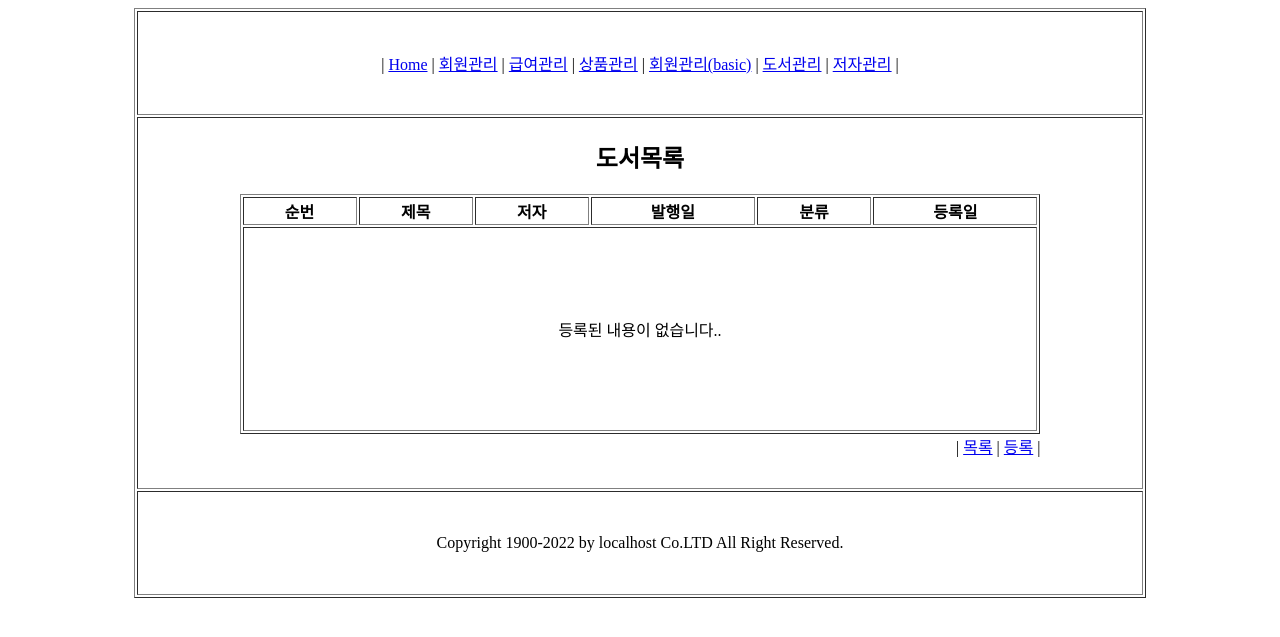
Repository: Mildous/HKIT-BackendClass
Page: http://localhost/jspTest/Book/list.jsp
These files come from the project's save history. The page is drawn as it stood at one moment and after the next save; the edit follows.
The browser window is 1280 px wide. The pictures show the whole page.
The page is served by Tomcat 9. Other server files are loaded and not shown. Queries for data that is not in the repository find no rows.

Above is the page before, as saved 2022-08-16 01:05:27.

### workspace/jsp/jspTest/WebContent/Book/list.jsp
<%@ page language="java" contentType="text/html; charset=UTF-8"
    pageEncoding="UTF-8"%>
<!DOCTYPE html>
<html>
<head>
<meta charset="UTF-8">
<title>도서관리</title>
</head>
<body>

<table border="1" width="80%" align="center">
	<tr>
		<td height="100px;" align="center">
			<jsp:include page="../include/inc_menu.jsp" flush="true" />
		</td>
	</tr>
	<tr>
		<td height="300px;" align="center" style="padding-bottom: 30px;">
			<jsp:include page="list_sub.jsp" flush="true" />
		</td>
	</tr>
	<tr>
		<td height="100px;" align="center">
			<jsp:include page="../include/inc_bottom.jsp" flush="true" />
		</td>
	</tr>
</table>

</body>
</html>

### workspace/jsp/jspTest/WebContent/include/inc_menu.jsp
<%@ page language="java" contentType="text/html; charset=UTF-8"
    pageEncoding="UTF-8"%>
<!DOCTYPE html>
<html>
<head>
<meta charset="UTF-8">
<title>Insert title here</title>
</head>
<body>
	|
	<a href="/jspTest">Home</a>
	|
	<a href="../member/list.jsp">회원관리</a>
	|
	<a href="#">급여관리</a>
	|
	<a href="../product/list.jsp">상품관리</a>
	|
	<a href="../memberBasic/list.jsp">회원관리(basic)</a>
	|
	<a href="../Book/list.jsp">도서관리</a>
	|
	<a href="../Book/list.jsp">저자관리</a>
	|
</body>
</html>

### workspace/jsp/jspTest/WebContent/Book/list_sub.jsp
<%@page import="java.sql.Date"%>
<%@page import="java.util.ArrayList"%>
<%@page import="book.model.dto.BookDTO"%>
<%@page import="book.model.dao.BookDAO"%>
<%@ page language="java" contentType="text/html; charset=UTF-8"
    pageEncoding="UTF-8"%>

<%
	BookDAO dao = new BookDAO();
	ArrayList<BookDTO> list = dao.getSelectAll();

%>

<h2>도서목록</h2>

<table border="1" width="80%">
	<tr>
		<th>순번</th>
		<th>제목</th>
		<th>저자</th>
		<th>발행일</th>
		<th>분류</th>
		<th>등록일</th>
	</tr>
<%	if(list.size() == 0) { %>
	<tr>
		<td colspan="6" height="200px" align="center">등록된 내용이 없습니다..</td>
	</tr>
<%	}

	int num = list.size();
	for(int i=0; i<list.size(); i++) {
		BookDTO dto = list.get(i);
%>
	<tr>
		<td><%= num %></td>
		<td><a href="#" onClick="move('view.jsp', '<%= dto.getNo() %>');"><%= dto.getSubject() %></a></td>
		<td><%= dto.getAuthor() %></td>
		<td><%= dto.getCreated() %></td>
		<td><%= dto.getProfile() %></td>
		<td><%= dto.getRegiDate() %></td>
	</tr>
<%
		num--;
	}
%>
</table>

<div style="border: 0px solid blue; width: 80%; margin: 10px, 0px;" align="right">
|
<a href="#" onClick="move('list.jsp', '');">목록</a>
|
<a href="#" onClick="move('insert.jsp', '');">등록</a>
|
</div>

<script>
function move(value1, value2) {
	location.href = value1 + '?no=' + value2;
}

</script>

### workspace/jsp/jspTest/WebContent/include/inc_bottom.jsp
<%@ page language="java" contentType="text/html; charset=UTF-8"
    pageEncoding="UTF-8"%>
<!DOCTYPE html>
<html>
<head>
<meta charset="UTF-8">
<title>Insert title here</title>
</head>
<body>
	Copyright 1900-2022 by localhost Co.LTD All Right Reserved.
</body>
</html>

### workspace/jsp/jspTest/src/book/model/dao/BookDAO.java
package book.model.dao;

import java.sql.Connection;
import java.sql.PreparedStatement;
import java.sql.ResultSet;
import java.util.ArrayList;

import book.model.dto.BookDTO;
import config.DB;

public class BookDAO {
	Connection conn = null;
	PreparedStatement pstmt = null;
	ResultSet rs = null;

	public ArrayList<BookDTO> getSelectAll() {
		ArrayList<BookDTO> list = new ArrayList<>();
		conn = DB.dbConn();
		try {
			String sql = "select * from book order by no desc";
			pstmt = conn.prepareStatement(sql);
			rs = pstmt.executeQuery();
			while(rs.next()) {
				BookDTO dto = new BookDTO();
				dto.setNo(rs.getInt("no"));
				dto.setSubject(rs.getString("subject"));
				dto.setAuthor(rs.getString("author"));
				dto.setCreated(rs.getDate("created"));
				dto.setProfile(rs.getString("profile"));
				dto.setRegiDate(rs.getDate("regiDate"));
				list.add(dto);
			}
		} catch(Exception e) {
			//e.printStackTrace();
		} finally {
			DB.dbConnClose(rs, pstmt, conn);
		}
		return list;
	}

	public BookDTO getSelectOne(BookDTO paramDto) {
		BookDTO dto = new BookDTO();
		Connection conn = DB.dbConn();
		try {
			String sql = "select * from book where no = ?";
			pstmt = conn.prepareStatement(sql);
			pstmt.setInt(1, paramDto.getNo());
			rs = pstmt.executeQuery();
			if(rs.next()) {
				dto.setNo(rs.getInt("no"));
				dto.setSubject(rs.getString("subject"));
				dto.setAuthor(rs.getString("author"));
				dto.setCreated(rs.getDate("created"));
				dto.setProfile(rs.getString("profile"));
				dto.setRegiDate(rs.getDate("regiDate"));
			}
		} catch(Exception e) {
			//e.printStackTrace();
		} finally {
			DB.dbConnClose(rs, pstmt, conn);
		}
		return dto;
	}

	public int setInsert(BookDTO paramDto) {
		int result = 0;
		conn = DB.dbConn();
		try {
			String sql = "insert into book values (seq_book.nextval, ?, ?, ?, ?, sysdate)";
			pstmt = conn.prepareStatement(sql);
			pstmt.setString(1, paramDto.getSubject());
			pstmt.setString(2, paramDto.getAuthor());
			pstmt.setDate(3, paramDto.getCreated());
			pstmt.setString(4, paramDto.getProfile());

			result = pstmt.executeUpdate();
		} catch(Exception e) {
			//e.printStackTrace();
		} finally {
			DB.dbConnClose(rs, pstmt, conn);
		}
		return result;
	}

	public int setUpdate(BookDTO paramDto) {
		int result = 0;
		conn = DB.dbConn();
		try {
			String sql = "update book set subject = ?, author = ?, created = ?, profile = ? where no = ?";
			pstmt = conn.prepareStatement(sql);
			pstmt.setString(1, paramDto.getSubject());
			pstmt.setString(2, paramDto.getAuthor());
			pstmt.setDate(3, paramDto.getCreated());
			pstmt.setString(4, paramDto.getProfile());
			pstmt.setInt(5, paramDto.getNo());

			result = pstmt.executeUpdate();
		} catch(Exception e) {
			//e.printStackTrace();
		} finally {
			DB.dbConnClose(rs, pstmt, conn);
		}
		return result;
	}

	public int setDelete(BookDTO paramDto) {
		int result = 0;
		Connection conn = DB.dbConn();
		try {
			String sql = "delete from book where no = ?";
			pstmt = conn.prepareStatement(sql);
			pstmt.setInt(1, paramDto.getNo());

			result = pstmt.executeUpdate();
		} catch(Exception e) {
			//e.printStackTrace();
		} finally {
			DB.dbConnClose(rs, pstmt, conn);
		}
		return result;
	}
}

### workspace/jsp/jspTest/src/config/DB.java
package config;

import java.sql.Connection;
import java.sql.DriverManager;
import java.sql.PreparedStatement;
import java.sql.ResultSet;

public class DB {
	public static Connection dbConn() {
		String dbDriver = "oracle.jdbc.driver.OracleDriver";
		String dbUrl = "jdbc:oracle:thin:@localhost:1521/xe";
		String dbId = "jspTest";
		String dbPasswd = "1234";

		Connection conn = null;

		try {
			Class.forName(dbDriver);
		} catch(Exception e) {
			//e.printStackTrace();
			System.out.println("-- 오라클 드라이버 오류 --");
		}

		try {
			conn = DriverManager.getConnection(dbUrl, dbId, dbPasswd);
		} catch(Exception e) {
			//e.printStackTrace();
			System.out.println("-- 오라클 접속 오류 --");
		}
		return conn;
	}

	public static void dbConnClose(ResultSet rs, PreparedStatement pstmt, Connection conn) {

		try {
			if(rs != null) { rs.close(); }
		} catch(Exception e) {
			//e.printStackTrace();
		}

		try {
			if(pstmt != null) { pstmt.close(); }
		} catch(Exception e) {
			//e.printStackTrace();
		}

		try {
			if(conn != null) { conn.close(); }
		} catch(Exception e) {
			//e.printStackTrace();
		}
	}
}

After the next save:
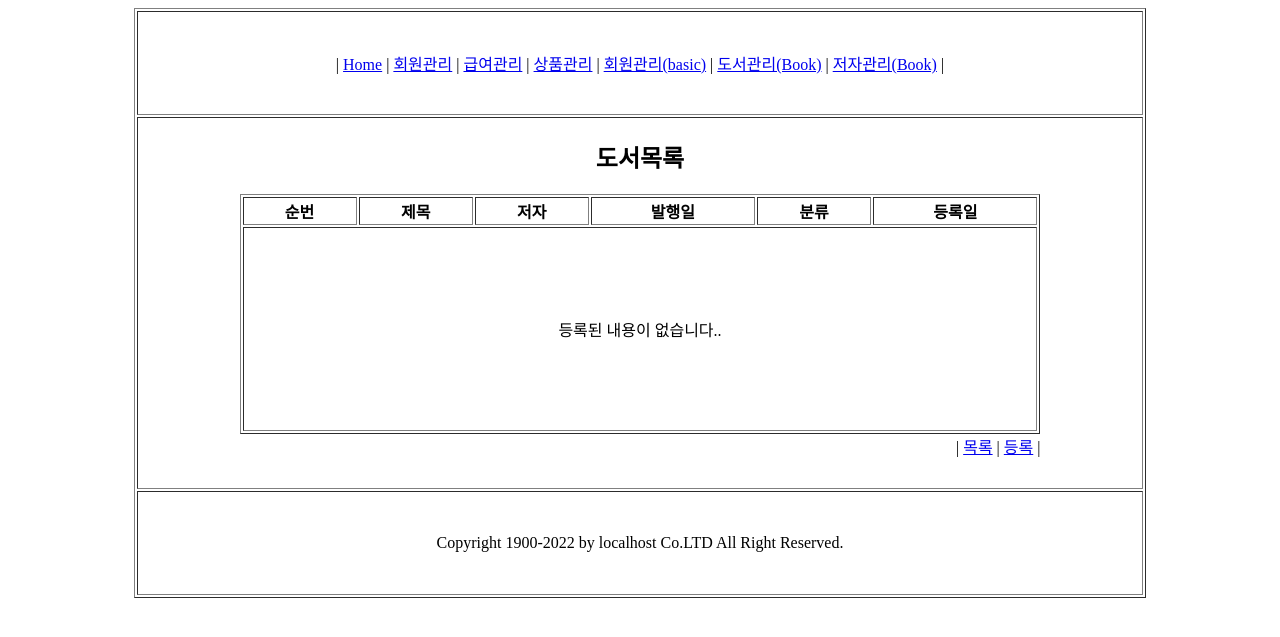
Saved 21 s later.
--- a/workspace/jsp/jspTest/WebContent/include/inc_menu.jsp
+++ b/workspace/jsp/jspTest/WebContent/include/inc_menu.jsp
@@ -18,9 +18,9 @@
 	|
 	<a href="../memberBasic/list.jsp">회원관리(basic)</a>
 	|
-	<a href="../Book/list.jsp">도서관리</a>
+	<a href="../Book/list.jsp">도서관리(Book)</a>
 	|
-	<a href="../Book/list.jsp">저자관리</a>
+	<a href="../BookAuthor/list.jsp">저자관리(Book)</a>
 	|
 </body>
 </html>
